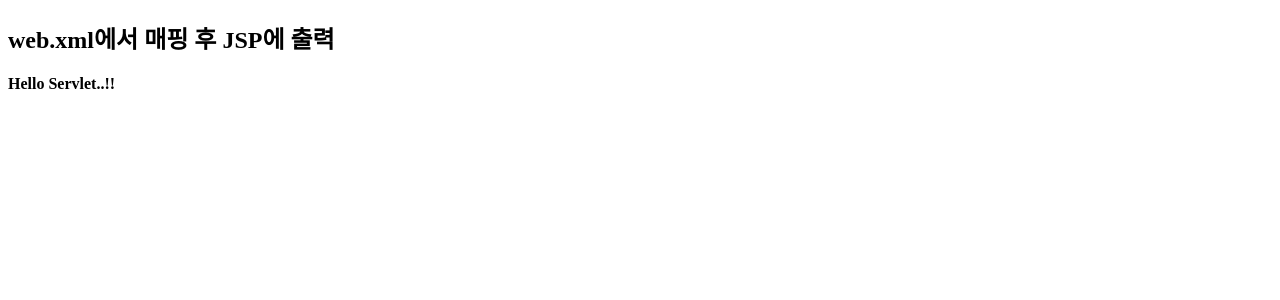
Repository: ssoo0011/school
Page: http://localhost/S0317/13Servlet/HelloServlet.do
The author's editor kept a copy of each file at every save. The page is drawn from the files as they stood at one save, then again after the next save.
The browser window is 1280 px wide. The pictures show the whole page.
The page is served by Tomcat 9.

Above is the page before, as saved 2023-03-17 01:10:30.

After the next save:
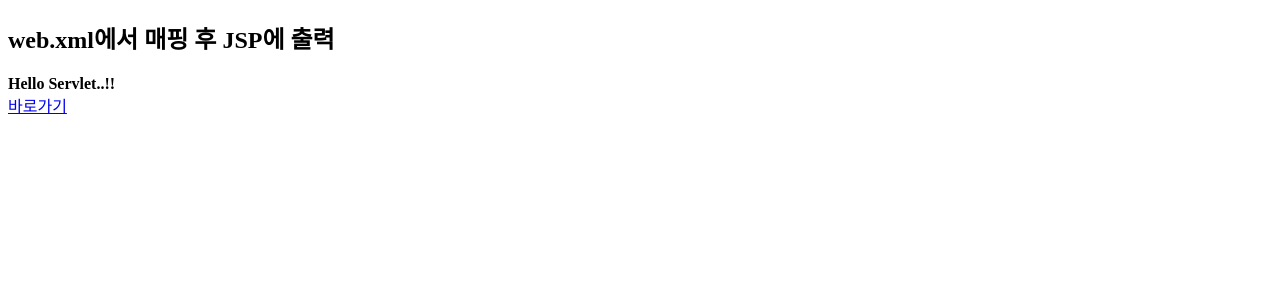
Saved 22 s later.
--- a/JSP/S0317/WebContent/HelloServlet.jsp
+++ b/JSP/S0317/WebContent/HelloServlet.jsp
@@ -10,6 +10,7 @@
 	<h2>web.xml에서 매핑 후 JSP에 출력</h2>
 	<P>
 		<strong> <%= request.getAttribute("message") %></strong>
-
+		<br>
+		<a href="./HelloServlet.do">바로가기 </a>
 </body>
 </html>
